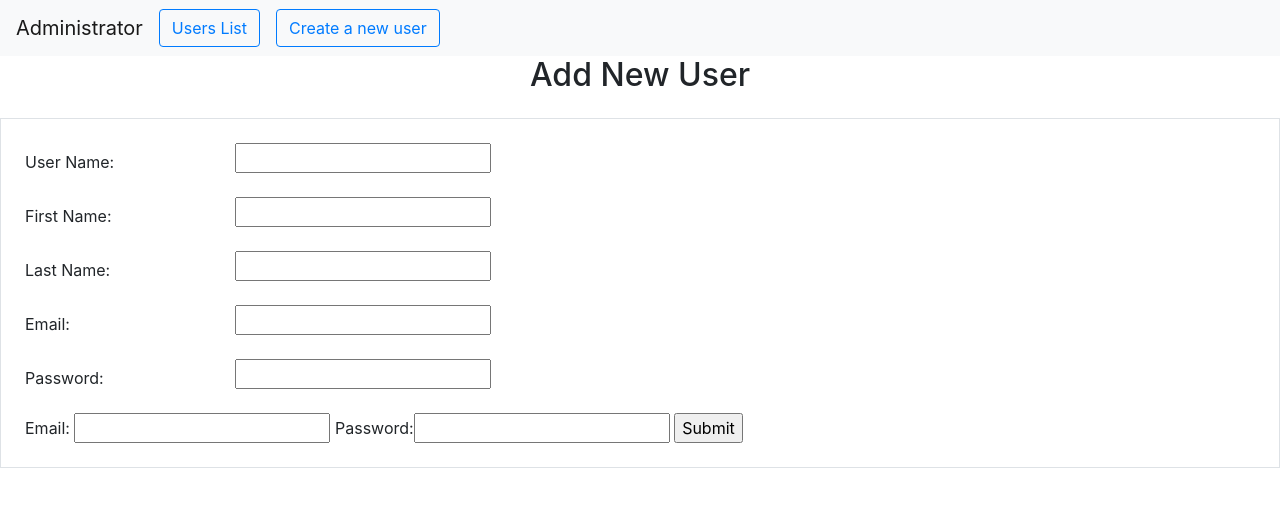
Repository: Dimitris-Kaler/Keycloak-Admin-Web-Interface
Page: http://localhost/rest-api/src/webapp/createUser.jsp
These files come from the project's save history. The page is drawn as it stood at one moment and after the next save; the edit follows.
The browser window is 1280 px wide. The pictures show the whole page.
The page is served by Tomcat 9.

Above is the page before, as saved 2023-12-22 18:40:28.

After the next save:
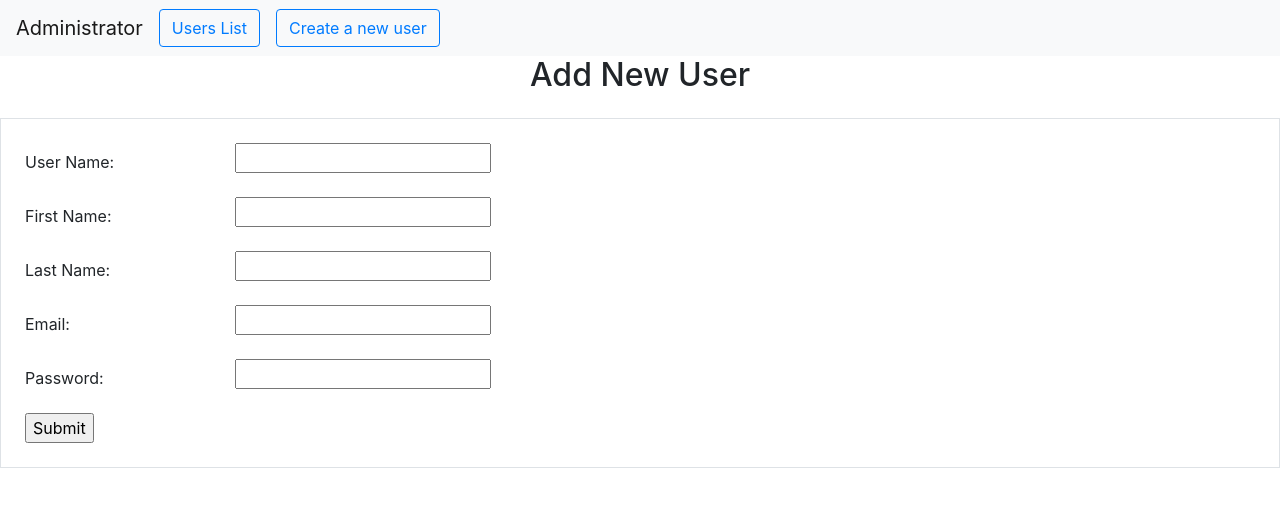
Saved 14 s later.
--- a/rest-api/src/webapp/createUser.jsp
+++ b/rest-api/src/webapp/createUser.jsp
@@ -61,11 +61,10 @@
 		<div class="form-group row">
 			<label for="password" class="col-sm-2 col-form-label">Password:</label>
 			<div class="col-sm-10">
-				<input type="text" name="password" ">
+				<input type="text" name="password" >
 			</div>
 		</div>
-Email: <input type="email"name="email">
-Password:<input type="password" name="password">
+
 <input type="submit"name="submit">
 
 
